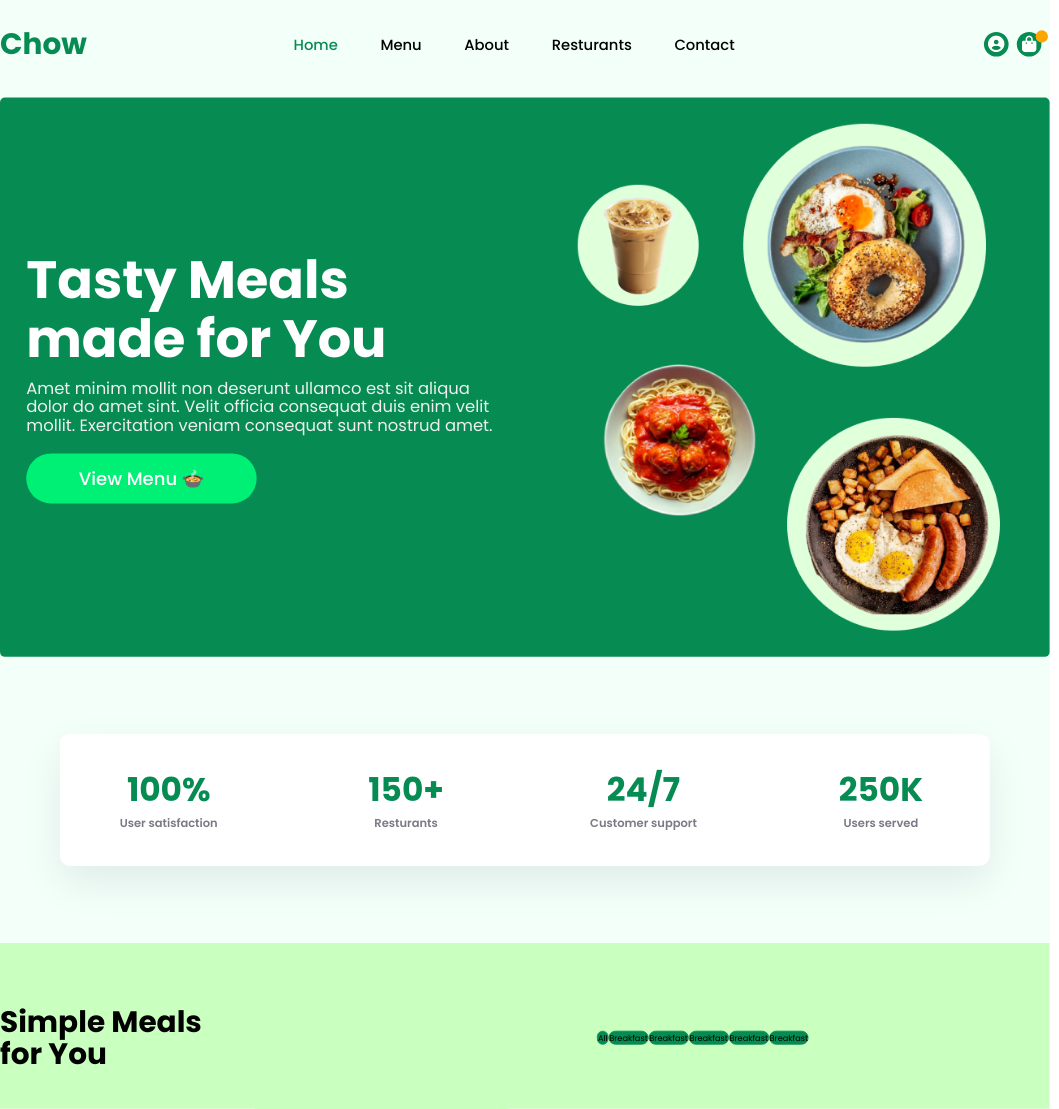
Repository: nguyennam1029/balbal
Page: index.html
These files come from the project's save history. The page is drawn as it stood at one moment and after the next save; the edit follows.
The browser window is 1280 px wide. The page is 1292 px wide, so the pictures cover 1292 px, including what lies to the right of the window. The pictures show the whole page, at 82% of full size.
Some web libraries are served in a nearby version.

Above is the page before, as saved 2022-07-01 18:07:38.

### index.html
<!DOCTYPE html>
<html lang="en">
  <head>
    <meta charset="UTF-8" />
    <meta http-equiv="X-UA-Compatible" content="IE=edge" />
    <meta name="viewport" content="width=device-width, initial-scale=1.0" />
    <title>Chow</title>
    <link
      rel="stylesheet"
      href="https://cdnjs.cloudflare.com/ajax/libs/font-awesome/6.1.1/css/all.min.css"
      integrity="sha512-KfkfwYDsLkIlwQp6LFnl8zNdLGxu9YAA1QvwINks4PhcElQSvqcyVLLD9aMhXd13uQjoXtEKNosOWaZqXgel0g=="
      crossorigin="anonymous"
      referrerpolicy="no-referrer"
    />
    <link rel="stylesheet" href="css/grid.css" />
    <link rel="stylesheet" href="css/style.css" />
  </head>
  <body>
    <div class="app">
      <div class="grid wide">
        <div class="menu">
          <a href="#" class="menu-left">Chow</a>
          <ul class="menu-center">
            <li class="menu-center-item">
              <a href="#" class="menu-center--link active">Home</a>
            </li>
            <li class="menu-center-item">
              <a href="#" class="menu-center--link">Menu</a>
            </li>
            <li class="menu-center-item">
              <a href="#" class="menu-center--link">About</a>
            </li>
            <li class="menu-center-item">
              <a href="#" class="menu-center--link">Resturants</a>
            </li>
            <li class="menu-center-item">
              <a href="#" class="menu-center--link">Contact</a>
            </li>
          </ul>
          <ul class="menu-right">
            <li class="menu-right-item">
              <a href="#" class="menu-right--link">
                <i class="fa-solid fa-circle-user"></i>
              </a>
            </li>
            <li class="menu-right-item">
              <a href="#" class="menu-right--link active">
                <i class="fa-solid fa-bag-shopping"></i>
                <span class="menu-right--circle"></span>
              </a>
            </li>
          </ul>
        </div>
        <div class="banner">
          <div class="row">
            <div class="col l-6 m-6 c-12">
              <div class="banner-info">
                <h1 class="banner-title">Tasty Meals made for You</h1>
                <span class="banner-des"
                  >Amet minim mollit non deserunt ullamco est sit aliqua dolor
                  do amet sint. Velit officia consequat duis enim velit mollit.
                  Exercitation veniam consequat sunt nostrud amet.</span
                >
                <a href="#" class="banner-btn"> View Menu 🍲 </a>
              </div>
            </div>
            <div class="col l-6 m-6 c-12">
              <div class="banner-img">
                <img src="images/banner1.png" alt="" />
              </div>
            </div>
          </div>
        </div>
        <div class="statistical">
          <div class="row">
            <div class="col l-3 m-6 c-12">
              <div class="statistical-item">
                <h3 class="statistical-item--title">100%</h3>
                <span class="statistical-item--des">User satisfaction</span>
              </div>
            </div>
            <div class="col l-3 m-6 c-12">
              <div class="statistical-item">
                <h3 class="statistical-item--title">150+</h3>
                <span class="statistical-item--des">Resturants</span>
              </div>
            </div>
            <div class="col l-3 m-6 c-12">
              <div class="statistical-item">
                <h3 class="statistical-item--title">24/7</h3>
                <span class="statistical-item--des">Customer support</span>
              </div>
            </div>
            <div class="col l-3 m-6 c-12">
              <div class="statistical-item">
                <h3 class="statistical-item--title">250K</h3>
                <span class="statistical-item--des">Users served</span>
              </div>
            </div>
          </div>
        </div>
      </div>
      <div class="product">
        <div class="grid wide">
          <div class="product-top row">
            <div class="col l-3 m-3 c-12">
              <h3 class="product-heading">Simple Meals for You</h3>
            </div>
            <div class="col l-8 m-8 c-12">
              <ul class="tab-list">
                <li class="tab-item active">All</li>
                <li class="tab-item">Breakfast</li>
                <li class="tab-item">Breakfast</li>
                <li class="tab-item">Breakfast</li>
                <li class="tab-item">Breakfast</li>
                <li class="tab-item">Breakfast</li>
              </ul>
            </div>
          </div>
          <div class="product-title"></div>
        </div>
      </div>
    </div>
  </body>
</html>

### css/grid.css
/* L là pc ,  M là tablet, C là mobile  */
.grid {
    width  : 100%;
    display: block;
    padding: 0;
}

.grid.wide {
    max-width: 1280px;
    margin   : 0 auto;
}

.row {
    display     : flex;
    flex-wrap   : wrap;
    margin-left : -4px;
    margin-right: -4px;
}

.row.no-gutters {
    margin-left : 0;
    margin-right: 0;
}

.col {
    padding-left : 4px;
    padding-right: 4px;
}

.row.no-gutters .col {
    padding-left : 0;
    padding-right: 0;
}

.c-0 {
    display: none;
}

.c-1 {
    flex     : 0 0 8.33333%;
    max-width: 8.33333%;
}

.c-2 {
    flex     : 0 0 16.66667%;
    max-width: 16.66667%;
}

.c-3 {
    flex     : 0 0 25%;
    max-width: 25%;
}

.c-4 {
    flex     : 0 0 33.33333%;
    max-width: 33.33333%;
}

.c-5 {
    flex     : 0 0 41.66667%;
    max-width: 41.66667%;
}

.c-6 {
    flex     : 0 0 50%;
    max-width: 50%;
}

.c-7 {
    flex     : 0 0 58.33333%;
    max-width: 58.33333%;
}

.c-8 {
    flex     : 0 0 66.66667%;
    max-width: 66.66667%;
}

.c-9 {
    flex     : 0 0 75%;
    max-width: 75%;
}

.c-10 {
    flex     : 0 0 83.33333%;
    max-width: 83.33333%;
}

.c-11 {
    flex     : 0 0 91.66667%;
    max-width: 91.66667%;
}

.c-12 {
    flex     : 0 0 100%;
    max-width: 100%;
}

.c-o-1 {
    margin-left: 8.33333%;
}

.c-o-2 {
    margin-left: 16.66667%;
}

.c-o-3 {
    margin-left: 25%;
}

.c-o-4 {
    margin-left: 33.33333%;
}

.c-o-5 {
    margin-left: 41.66667%;
}

.c-o-6 {
    margin-left: 50%;
}

.c-o-7 {
    margin-left: 58.33333%;
}

.c-o-8 {
    margin-left: 66.66667%;
}

.c-o-9 {
    margin-left: 75%;
}

.c-o-10 {
    margin-left: 83.33333%;
}

.c-o-11 {
    margin-left: 91.66667%;
}

/* >= Tablet */
@media (min-width: 740px) {
    .row {
        margin-left : -8px;
        margin-right: -8px;
    }

    .col {
        padding-left : 8px;
        padding-right: 8px;
    }

    .m-0 {
        display: none;
    }

    .m-1,
    .m-2,
    .m-3,
    .m-4,
    .m-5,
    .m-6,
    .m-7,
    .m-8,
    .m-9,
    .m-10,
    .m-11,
    .m-12 {
        display: block;
    }

    .m-1 {
        flex     : 0 0 8.33333%;
        max-width: 8.33333%;
    }

    .m-2 {
        flex     : 0 0 16.66667%;
        max-width: 16.66667%;
    }

    .m-3 {
        flex     : 0 0 25%;
        max-width: 25%;
    }

    .m-4 {
        flex     : 0 0 33.33333%;
        max-width: 33.33333%;
    }

    .m-5 {
        flex     : 0 0 41.66667%;
        max-width: 41.66667%;
    }

    .m-6 {
        flex     : 0 0 50%;
        max-width: 50%;
    }

    .m-7 {
        flex     : 0 0 58.33333%;
        max-width: 58.33333%;
    }

    .m-8 {
        flex     : 0 0 66.66667%;
        max-width: 66.66667%;
    }

    .m-9 {
        flex     : 0 0 75%;
        max-width: 75%;
    }

    .m-10 {
        flex     : 0 0 83.33333%;
        max-width: 83.33333%;
    }

    .m-11 {
        flex     : 0 0 91.66667%;
        max-width: 91.66667%;
    }

    .m-12 {
        flex     : 0 0 100%;
        max-width: 100%;
    }

    .m-o-1 {
        margin-left: 8.33333%;
    }

    .m-o-2 {
        margin-left: 16.66667%;
    }

    .m-o-3 {
        margin-left: 25%;
    }

    .m-o-4 {
        margin-left: 33.33333%;
    }

    .m-o-5 {
        margin-left: 41.66667%;
    }

    .m-o-6 {
        margin-left: 50%;
    }

    .m-o-7 {
        margin-left: 58.33333%;
    }

    .m-o-8 {
        margin-left: 66.66667%;
    }

    .m-o-9 {
        margin-left: 75%;
    }

    .m-o-10 {
        margin-left: 83.33333%;
    }

    .m-o-11 {
        margin-left: 91.66667%;
    }
}

/* PC medium resolution > */
@media (min-width: 1113px) {
    .row {
        margin-left : -12px;
        margin-right: -12px;
    }

    .row.sm-gutter {
        margin-left : -5px;
        margin-right: -5px;
    }

    .col {
        padding-left : 12px;
        padding-right: 12px;
    }

    .row.sm-gutter .col {
        padding-left : 5px;
        padding-right: 5px;
    }

    .l-0 {
        display: none;
    }

    .l-1,
    .l-2,
    .l-2-4,
    .l-3,
    .l-4,
    .l-5,
    .l-6,
    .l-7,
    .l-8,
    .l-9,
    .l-10,
    .l-11,
    .l-12 {
        display: block;
    }

    .l-1 {
        flex     : 0 0 8.33333%;
        max-width: 8.33333%;
    }

    .l-2 {
        flex     : 0 0 16.66667%;
        max-width: 16.66667%;
    }

    .l-2-4 {
        flex     : 0 0 20%;
        max-width: 20%;
    }

    .l-3 {
        flex     : 0 0 25%;
        max-width: 25%;
    }

    .l-4 {
        flex     : 0 0 33.33333%;
        max-width: 33.33333%;
    }

    .l-5 {
        flex     : 0 0 41.66667%;
        max-width: 41.66667%;
    }

    .l-6 {
        flex     : 0 0 50%;
        max-width: 50%;
    }

    .l-7 {
        flex     : 0 0 58.33333%;
        max-width: 58.33333%;
    }

    .l-8 {
        flex     : 0 0 66.66667%;
        max-width: 66.66667%;
    }

    .l-9 {
        flex     : 0 0 75%;
        max-width: 75%;
    }

    .l-10 {
        flex     : 0 0 83.33333%;
        max-width: 83.33333%;
    }

    .l-11 {
        flex     : 0 0 91.66667%;
        max-width: 91.66667%;
    }

    .l-12 {
        flex     : 0 0 100%;
        max-width: 100%;
    }

    .l-o-1 {
        margin-left: 8.33333%;
    }

    .l-o-2 {
        margin-left: 16.66667%;
    }

    .l-o-3 {
        margin-left: 25%;
    }

    .l-o-4 {
        margin-left: 33.33333%;
    }

    .l-o-5 {
        margin-left: 41.66667%;
    }

    .l-o-6 {
        margin-left: 50%;
    }

    .l-o-7 {
        margin-left: 58.33333%;
    }

    .l-o-8 {
        margin-left: 66.66667%;
    }

    .l-o-9 {
        margin-left: 75%;
    }

    .l-o-10 {
        margin-left: 83.33333%;
    }

    .l-o-11 {
        margin-left: 91.66667%;
    }
}

/* Tablet - PC low resolution */
@media (min-width: 740px) and (max-width: 1023px) {
    .wide {
        width: 644px;
    }
}

/* > PC low resolution */
@media (min-width: 1024px) and (max-width: 1239px) {
    .wide {
        width: 984px;
    }

    .wide .row {
        margin-left : -12px;
        margin-right: -12px;
    }

    .wide .row.sm-gutter {
        margin-left : -5px;
        margin-right: -5px;
    }

    .wide .col {
        padding-left : 12px;
        padding-right: 12px;
    }

    .wide .row.sm-gutter .col {
        padding-left : 5px;
        padding-right: 5px;
    }

    .wide .l-0 {
        display: none;
    }

    .wide .l-1,
    .wide .l-2,
    .wide .l-2-4,
    .wide .l-3,
    .wide .l-4,
    .wide .l-5,
    .wide .l-6,
    .wide .l-7,
    .wide .l-8,
    .wide .l-9,
    .wide .l-10,
    .wide .l-11,
    .wide .l-12 {
        display: block;
    }

    .wide .l-1 {
        flex     : 0 0 8.33333%;
        max-width: 8.33333%;
    }

    .wide .l-2 {
        flex     : 0 0 16.66667%;
        max-width: 16.66667%;
    }

    .wide .l-2-4 {
        flex     : 0 0 20%;
        max-width: 20%;
    }

    .wide .l-3 {
        flex     : 0 0 25%;
        max-width: 25%;
    }

    .wide .l-4 {
        flex     : 0 0 33.33333%;
        max-width: 33.33333%;
    }

    .wide .l-5 {
        flex     : 0 0 41.66667%;
        max-width: 41.66667%;
    }

    .wide .l-6 {
        flex     : 0 0 50%;
        max-width: 50%;
    }

    .wide .l-7 {
        flex     : 0 0 58.33333%;
        max-width: 58.33333%;
    }

    .wide .l-8 {
        flex     : 0 0 66.66667%;
        max-width: 66.66667%;
    }

    .wide .l-9 {
        flex     : 0 0 75%;
        max-width: 75%;
    }

    .wide .l-10 {
        flex     : 0 0 83.33333%;
        max-width: 83.33333%;
    }

    .wide .l-11 {
        flex     : 0 0 91.66667%;
        max-width: 91.66667%;
    }

    .wide .l-12 {
        flex     : 0 0 100%;
        max-width: 100%;
    }

    .wide .l-o-1 {
        margin-left: 8.33333%;
    }

    .wide .l-o-2 {
        margin-left: 16.66667%;
    }

    .wide .l-o-3 {
        margin-left: 25%;
    }

    .wide .l-o-4 {
        margin-left: 33.33333%;
    }

    .wide .l-o-5 {
        margin-left: 41.66667%;
    }

    .wide .l-o-6 {
        margin-left: 50%;
    }

    .wide .l-o-7 {
        margin-left: 58.33333%;
    }

    .wide .l-o-8 {
        margin-left: 66.66667%;
    }

    .wide .l-o-9 {
        margin-left: 75%;
    }

    .wide .l-o-10 {
        margin-left: 83.33333%;
    }

    .wide .l-o-11 {
        margin-left: 91.66667%;
    }
}

### css/style.css
@import url('https://fonts.googleapis.com/css2?family=Poppins:wght@400;500;600;700&display=swap');

*,
*::before,
*::after {
    box-sizing: border-box;
}

* {
    margin : 0;
    padding: 0;
}

html {
    font-family: 'Poppins',
        sans-serif;
    font-size: 62.5%;
}

html,
body {
    height: 100%;
}

body {
    line-height: 1.5;
}

img,
picture,
video,
canvas,
svg {
    display  : block;
    max-width: 100%;
}

input,
button,
textarea,
select {
    font   : inherit;
    outline: none;
}

p,
h1,
h2,
h3,
h4,
h5,
h6 {
    overflow-wrap: break-word;
}

a {
    text-decoration: none;
}

ul {
    list-style: none;
}

.app {
    background-color: #f3fff9;
    padding-top     : 34px;
}

.menu {
    display        : flex;
    justify-content: space-between;
    align-items    : center;
    margin         : 0 0 45px;
}

.menu-left {
    font-weight: 700;
    font-size  : 3.6rem;
    line-height: 40px;

    color: #068C52;
}

.menu-center,
.menu-right {
    display        : flex;
    justify-content: center;
    align-items    : center;
}

.menu-center--link {
    margin-right: 52px;
    font-weight : 500;
    font-size   : 1.8rem;
    line-height : 27px;
    color       : #000000;
}

.menu-center--link.active {
    color: #068C52;
}

.menu-right--link {
    margin-right         : 10px;
    display              : flex;
    justify-content      : center;
    align-items          : center;
    width                : 30px;
    height               : 30px;
    border-radius        : 50%;
    -webkit-border-radius: 50%;
    -moz-border-radius   : 50%;
    -ms-border-radius    : 50%;
    -o-border-radius     : 50%;
    background-color     : #068C52;
}

.menu-right--link i {
    color    : #fff;
    font-size: 2rem;
}

.menu-right--link.active {
    position: relative;
}

.menu-right--circle {
    position             : absolute;
    top                  : -2px;
    right                : -8px;
    width                : 15px;
    height               : 15px;
    background           : #FFA500;
    border-radius        : 50%;
    -webkit-border-radius: 50%;
    -moz-border-radius   : 50%;
    -ms-border-radius    : 50%;
    -o-border-radius     : 50%;
}

.banner {
    background-color     : #068C52;
    border-radius        : 6px;
    -webkit-border-radius: 6px;
    -moz-border-radius   : 6px;
    -ms-border-radius    : 6px;
    -o-border-radius     : 6px;
    padding              : 32px;
}

.banner-info {
    display           : flex;
    justify-content   : center;
    /* align-items    : center; */
    flex-direction    : column;
    height            : 100%;
}

.banner-title {
    font-weight: 700;
    font-size  : 6.4rem;
    line-height: 72px;

    color: #FFFFFF;
}

.banner-des {
    font-weight: 400;
    font-size  : 2rem;
    line-height: 22px;
    display    : block;
    color      : #EFEFEF;
    margin     : 14px 0 24px;
}

.banner-btn {
    font-weight          : 500;
    font-size            : 2.2rem;
    line-height          : 33px;
    padding              : 14px 64px;
    /*Primary/White*/
    color                : #FFFFFF;
    background           : #00F076;
    border-radius        : 32px;
    -webkit-border-radius: 32px;
    -moz-border-radius   : 32px;
    -ms-border-radius    : 32px;
    -o-border-radius     : 32px;
    width                : fit-content;
}

.statistical {
    max-width    : 1134px;
    margin       : 94px auto;
    /* border    : 1px solid; */
    background   : #FFFFFF;
    /* Drop Shadow/High */
    padding      : 40px 0;
    box-shadow   : 0px 20px 50px rgba(18, 17, 39, 0.08);
    border-radius: 12px;
    text-align   : center;
}

.statistical-item--title {
    font-weight: 700;
    font-size  : 4rem;
    line-height: 140%;
    /* identical to box height, or 56px */

    text-align: center;

    color: #068C52;
}

.statistical-item--des {
    font-weight: 600;
    font-size  : 1.4rem;
    line-height: 180%;
    color      : rgba(18, 17, 39, 0.56);
}

.product {
    background-color: #c9ffbf;
    padding         : 76px 0 46px;
}

.product-top {
    display        : flex;
    justify-content: space-between;
    align-items    : center;
}

.product-heading {
    font-weight: 700;
    font-size  : 3.6rem;
    line-height: 40px;

    color: #000000;
}

.tab-list {
    display        : flex;
    justify-content: center;
    align-items    : center;

}

.tab-item {
    /* padding      : 10px 48px; */
    background   : #068C52;
    border       : 1px solid #068C52;
    border-radius: 40px;
    display      : block;
}

After the next save:
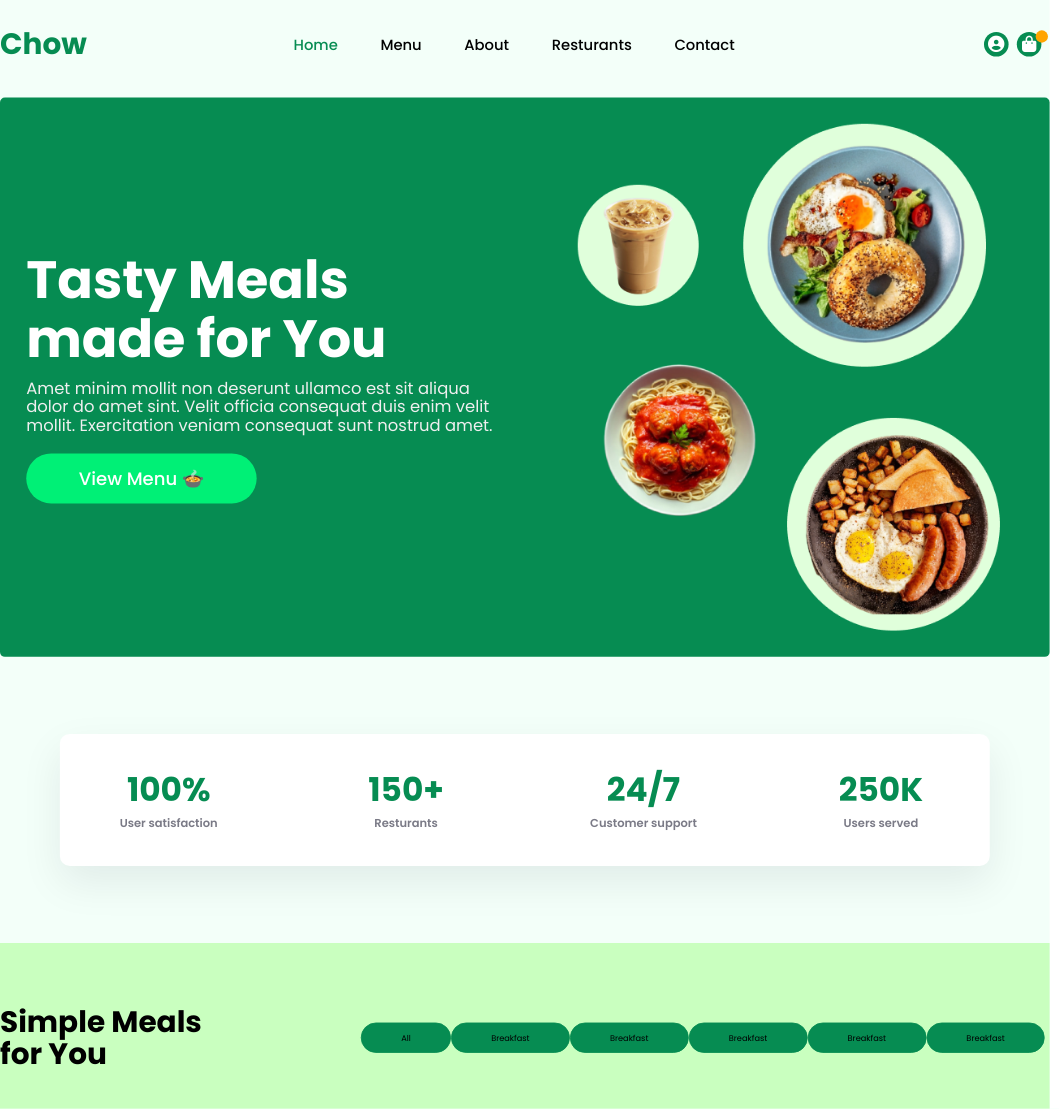
Saved 11 s later.
--- a/css/style.css
+++ b/css/style.css
@@ -246,7 +246,7 @@ ul {
 }
 
 .tab-item {
-    /* padding      : 10px 48px; */
+    padding      : 10px 48px;
     background   : #068C52;
     border       : 1px solid #068C52;
     border-radius: 40px;
